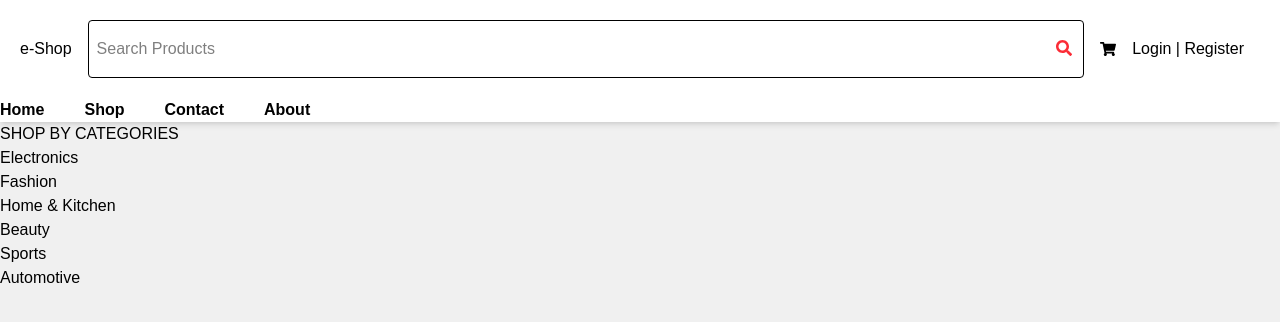
Repository: EmmyDunny1/frontend-ecommerce
Page: /
These files come from the project's save history. The page is drawn as it stood at one moment and after the next save; the edit follows.
The browser window is 1280 px wide. The pictures show the whole page.
The project was rebuilt for these pictures with package versions that can differ from the ones it lists, and the page was loaded fresh each time. Also part of the build but not shown: vite.config.js.

Above is the page before, as saved 2025-05-09 12:50:59.

After the next save:
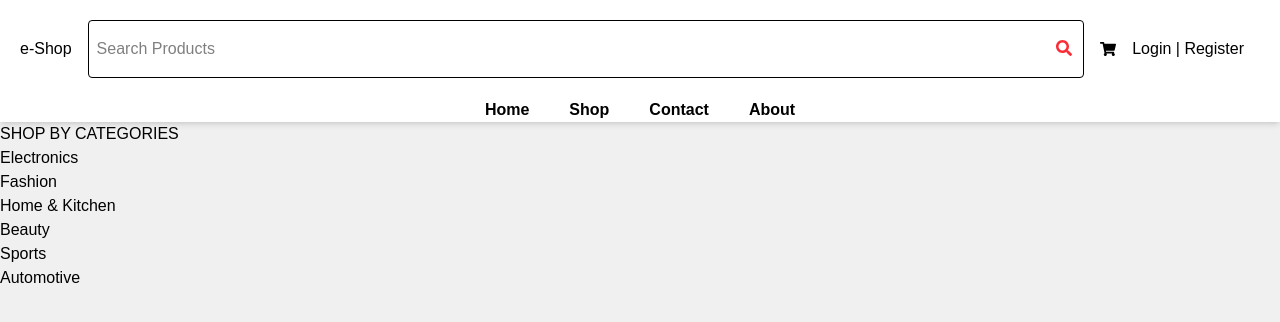
Saved 4 s later.
--- a/src/components/Navbar.jsx
+++ b/src/components/Navbar.jsx
@@ -23,7 +23,7 @@ const Navbar = () => {
       </div>
 
       {/* Navigation header */}
-      <div className='flex items-center justify- space-x-10 font-bold'>
+      <div className='flex items-center justify-center space-x-10 font-bold'>
         <Link to='/' className='hover:underline'>Home </Link>
         <Link to='/' className='hover:underline'>Shop </Link>
         <Link to='/' className='hover:underline'>Contact </Link>
